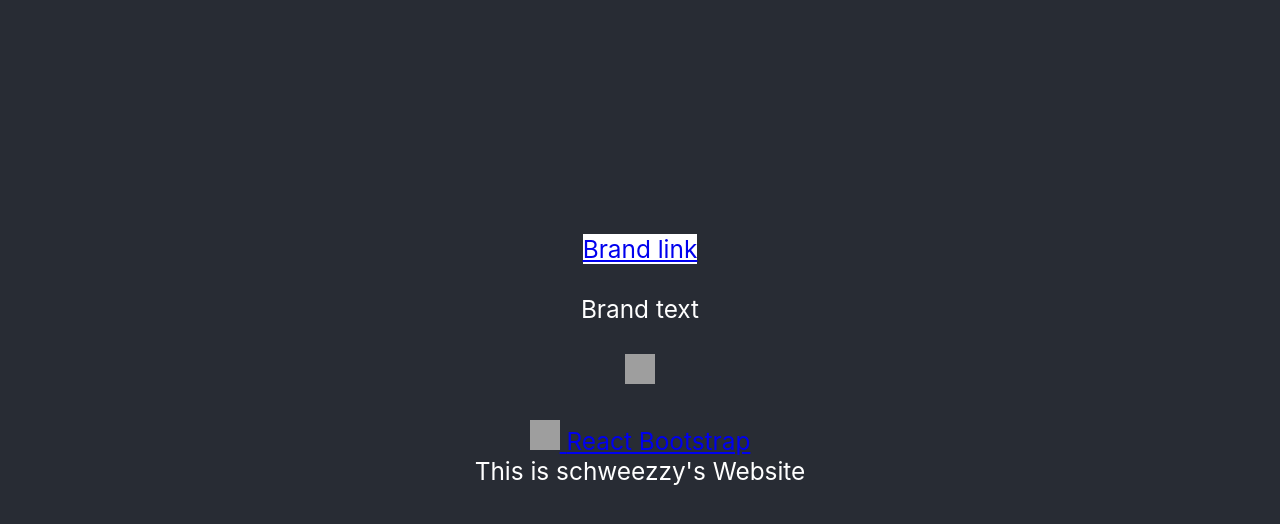
Repository: schweizercode/schweezzy
Page: /
The author's editor kept a copy of each file at every save. The page is drawn from the files as they stood at one save, then again after the next save.
The browser window is 1280 px wide. The pictures show the whole page.
Pictures or frames that could not be fetched are drawn as grey boxes. The project was rebuilt for these pictures with package versions that can differ from the ones it lists, and the page was loaded fresh each time.

Above is the page before, as saved 2021-04-12 14:46:14.

After the next save:
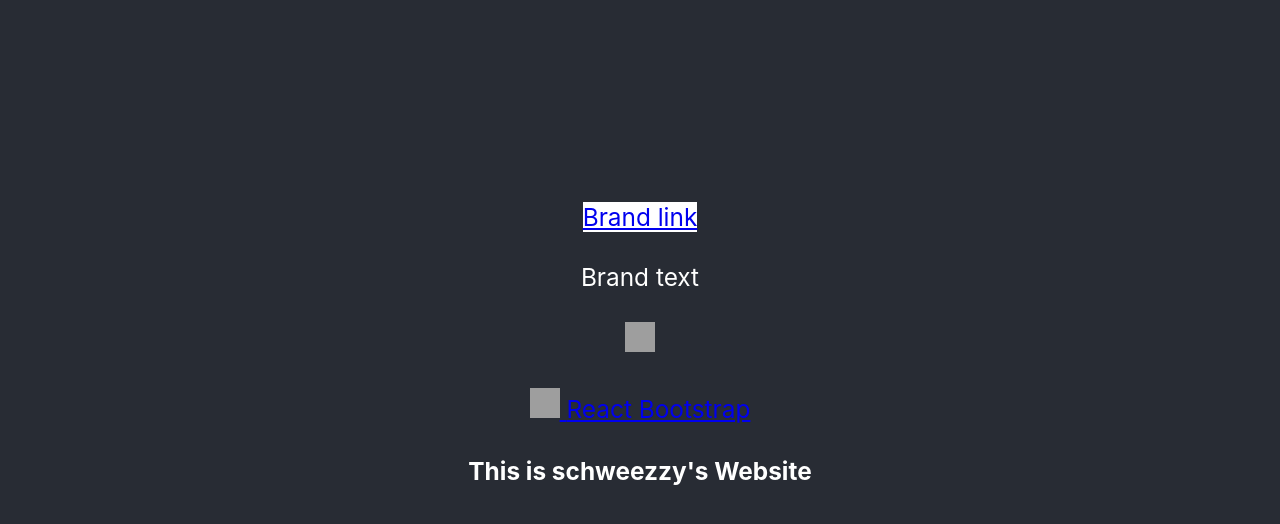
Saved 7 s later.
--- a/src/App.js
+++ b/src/App.js
@@ -8,7 +8,7 @@ function App() {
     <div className="App">
       <header className="App-header">
         <Navbar />
-        <a> This is schweezzy's Website</a>
+        <h4> This is schweezzy's Website</h4>
 
       </header>
     </div>
